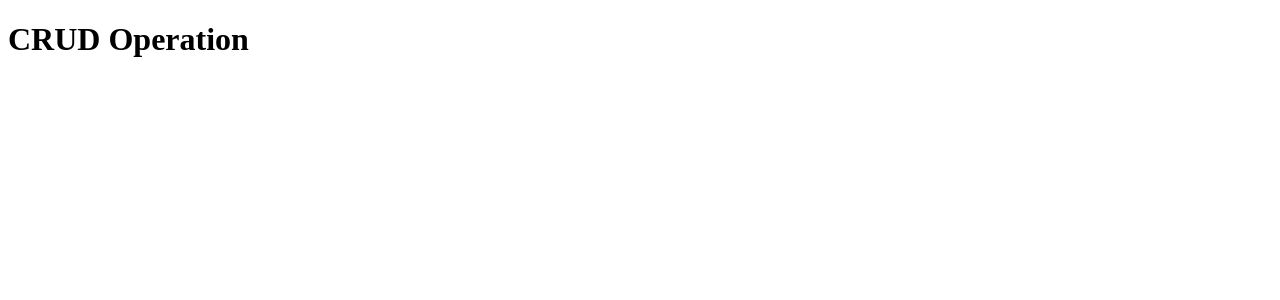
Repository: Josephkennedy603/CRUD-Operation
Page: /
The author's editor kept a copy of each file at every save. The page is drawn from the files as they stood at one save, then again after a run of saves.
The browser window is 1280 px wide. The pictures show the whole page.
The project was rebuilt for these pictures with package versions that can differ from the ones it lists, and the page was loaded fresh each time. Also part of the build but not shown: src/index.css, src/App.css.

Above is the page before, as saved 2024-03-02 19:38:38.

After the next 2 saves:
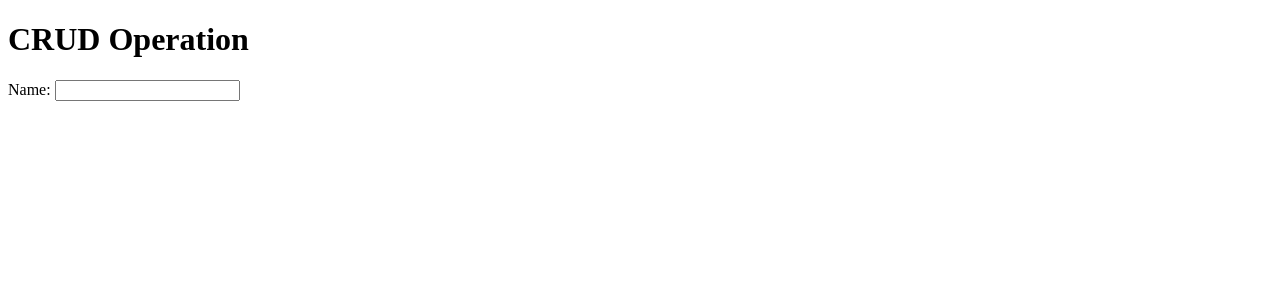
The 2 saves are shown as one change because 1 did not build or start.
The last was saved 2 min 18 s later.
--- a/src/App.jsx
+++ b/src/App.jsx
@@ -4,7 +4,13 @@ const App = () => {
 
 
   return(
+
+    <div>
     <h1>CRUD Operation</h1>
+    <form action="">
+      Name: <input type="text" />
+    </form>
+    </div>
   )
 }
 
